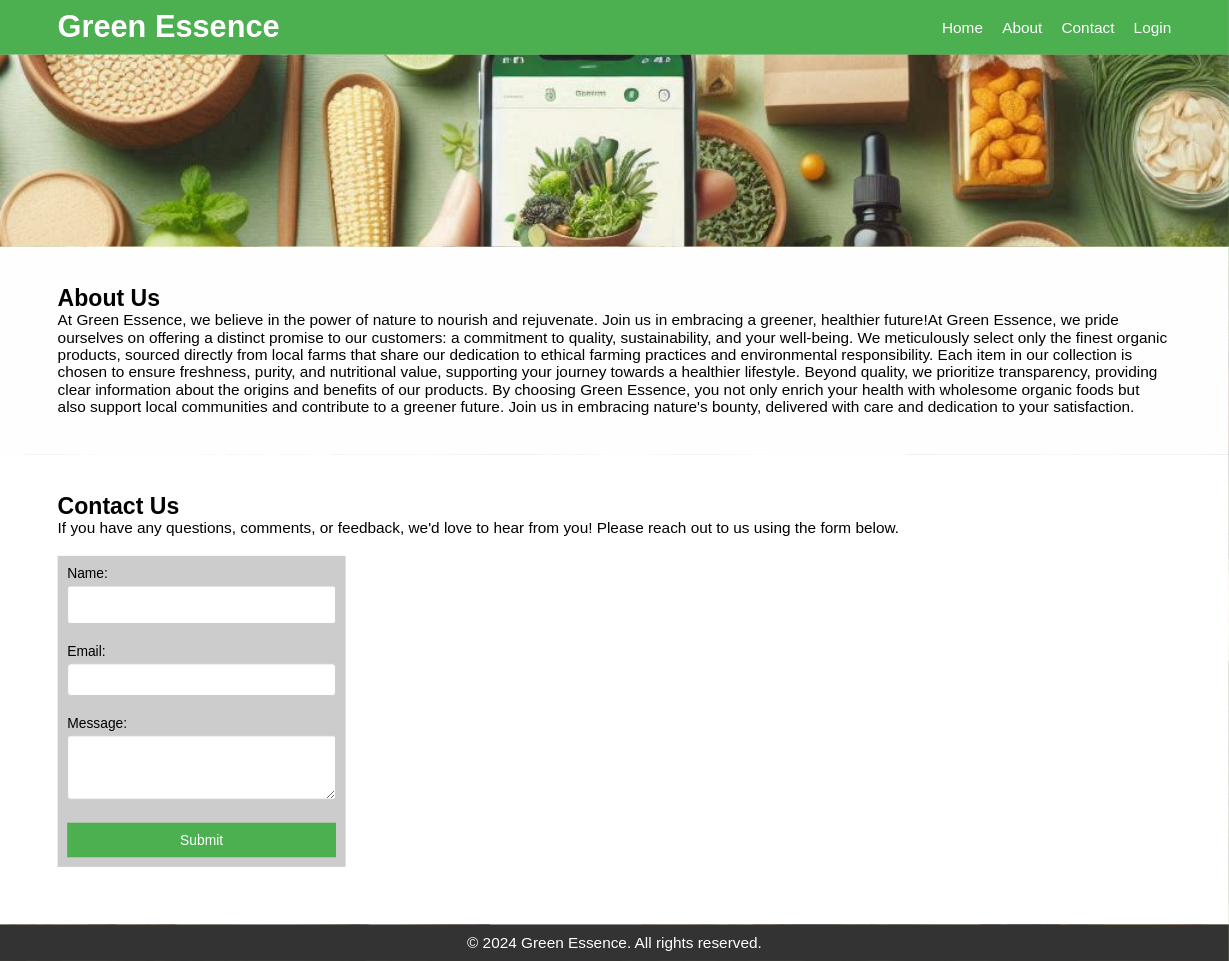
Repository: niki3210/Sahyadri
Page: Projectorganic/index.html
The author's editor kept a copy of each file at every save. The page is drawn from the files as they stood at one save, then again after the next save.
The browser window is 1280 px wide. The pictures show the whole page, at 96% of full size.
Backgrounds fixed to the window are drawn as part of the page.

Above is the page before, as saved 2024-06-21 18:49:24.

### Projectorganic/index.html
<!DOCTYPE html>
<html lang="en">
<head>
    <meta charset="UTF-8">
    <meta name="viewport" content="width=device-width, initial-scale=1.0">
    <title>Green Essence - Organic Food Products</title>
    <link rel="stylesheet" href="styles.css">

</head>
<body>
    <header>
        <div class="container">
            <h1>Green Essence</h1>
            <nav>
                <ul>
                    <li><a href="#home">Home</a></li>
                    <li><a href="#about">About</a></li>
                    <li><a href="#contact">Contact</a></li>
                    <li><a href="login.html">Login</a></li>

                </ul>
            </nav>
        </div>
    </header>

    <section id="home">
        <div class="container">




        </div>
    </section>

    <section id="about">
        <div class="container">
            <h2>About Us</h2>
            <p>At Green Essence, we believe in the power of nature to nourish and rejuvenate. Join us in embracing a greener, healthier
                future!At Green Essence, we pride ourselves on offering a distinct promise to our customers: a commitment to quality,
                sustainability, and your well-being. We meticulously select only the finest organic products, sourced directly from
                local farms that share our dedication to ethical farming practices and environmental responsibility. Each item in
                our collection is chosen to ensure freshness, purity, and nutritional value, supporting your journey towards a
                healthier lifestyle. Beyond quality, we prioritize transparency, providing clear information about the origins and
                benefits of our products. By choosing Green Essence, you not only enrich your health with wholesome organic foods
                but also support local communities and contribute to a greener future. Join us in embracing nature's bounty,
                delivered with care and dedication to your satisfaction.</p>
        </div>
    </section>

    <section id="contact">
        <div class="container">
            <h2>Contact Us</h2>
            <p>If you have any questions, comments, or feedback, we'd love to hear from you! Please reach out to us using the form below.</p>
            <div class="contact-form">
                <form action="/submit_contact" method="POST">
                    <label for="name">Name:</label>
                    <input type="text" id="name" name="name" required>
                    <div class="error" id="name-error"></div>

                    <label for="email">Email:</label>
                    <input type="email" id="contact-email" name="email" required>
                    <div class="error" id="contact-email-error"></div>

                    <label for="message">Message:</label>
                    <textarea id="message" name="message" rows="3" required></textarea>
                    <div class="error" id="message-error"></div>

                    <button type="submit">Submit</button>
                </form>
            </div>
        </div>
    </section>




<footer>
<div class="container">
    <p>&copy; 2024 Green Essence. All rights reserved.</p>
</div>


</body>
</html>

### Projectorganic/styles.css
/* Combined CSS for Home, Login, and Register Pages */

/* Reset default browser styles */
* {
    box-sizing: border-box;
    margin: 0;
    padding: 0;
}

/* Global styles */
body {
    font-family: Arial, sans-serif;
    color: black;
    margin: 0;
    padding: 0;
    box-sizing: border-box;
    min-height: 100vh; /* Ensure body extends to at least the full height of the viewport */
    display: flex;
    flex-direction: column; /* Use flexbox to make sure footer stays at the bottom */
}

/* Header styles */
header {
    background-color: #4CAF50;
    color: white;
    padding: 10px 0;
}

header .container {
    display: flex;
    justify-content: space-between;
    align-items: center;
    max-width: 1200px;
    margin: 0 auto;
    padding: 0 20px;
}

header h1 {
    margin: 0;
}

header nav ul {
    list-style: none;
    margin: 0;
    padding: 0;
    display: flex;
}

header nav ul li {
    margin-left: 20px;
}

header nav ul li a {
    color: white;
    text-decoration: none;
}

header nav ul li a:hover {
    text-decoration: underline;
}

/* Home Page Styles */
#home {
    background-image: url('backgroundhome.jpeg');
    background-size: cover;
    background-repeat: no-repeat;
    background-position: center;
    background-attachment: fixed;
    color: white;
    text-align: center;
    padding: 100px 20px;
}

section {
    padding: 60px 0;
}

.container {
    max-width: 1200px;
    margin: 0 auto;
    padding: 0 20px;
}

/* About Section */
#about {
    background-color: #fffefe;
    padding: 40px 0;
}

/* Contact Form Styles */
#contact {
    background-color: #ffffff;
    padding: 40px 0;
}
.contact-container {
    margin: 0 auto;
    padding: 15px;
    background-color: rgb(255, 255, 255);
    border-radius: 3px;
    box-shadow: 0 0 10px rgba(0, 0, 0, 0.1);
    flex: 1; /* Use flex: 1 to push footer to the bottom */
    margin-top: 30px;
    margin-bottom: 60px;
    padding: 10px;
}
form {
    max-width: 300px;
    margin: 20px 0 0 0;
    padding: 10px;
    margin-bottom: 20px;
    border-color: #4CAF50;
    background-color: #ccc;
    border-color: #0df537;

}
label {
    display: block;
    margin-bottom: 5px;
}

input[type="text"],
input[type="email"],
textarea {
    width: 100%;
    padding: 10px;
    margin-bottom: 10px;
    border: 1px solid #ccc;
    border-radius: 3px;
    font-size: 1em;
}

button[type="submit"] {
    background-color: #4CAF50;
    color: white;
    border: none;
    padding: 10px 20px;
    cursor: pointer;

}

button[type="submit"]:hover {
    background-color: #45a049;
}

/* Login/Register Styles */
.login-container,
.register-container {
    max-width: 320px;
    margin: 0 auto;
    padding: 15px;
    background-color: rgb(255, 255, 255);
    border-radius: 3px;
    box-shadow: 0 0 10px rgba(0, 0, 0, 0.1);
    flex: 1; /* Use flex: 1 to push footer to the bottom */
    margin-top: 30px;
    margin-bottom: 60px;
    padding: 20px;
}

body {
    font-family: Arial, sans-serif;
    background-image: url('backgroundhome.jpeg');
    background-size: cover;
    color: black;
}

.login-form, .register-form {
    padding: 15px;
    margin-bottom: 30px;
}

.login-form h2, .register-form h2 {
    text-align: center;
    margin-bottom: 15px;
    font-size: 1.5em;
}

label {
    display: block;
    margin-bottom: 5px;
    font-size: 0.9em;
}

input[type="email"],
input[type="password"] {
    width: 100%;
    padding: 8px;
    margin-bottom: 10px;
    border: 1px solid #ccc;
    border-radius: 4px;
    font-size: 0.9em;
}

.error {
    color: red;
    font-size: 0.8em;
    margin-bottom: 10px;
}

button {
    background-color: #4CAF50;
    color: white;
    border: none;
    padding: 8px 15px;
    cursor: pointer;
    transition: background-color 0.3s ease;
    width: 100%;
    font-size: 0.9em;
}

button:hover {
    background-color: #45a049;
}

/* Footer Styles */
footer {
    background-color: #333;
    color: white;
    text-align: center;
    padding: 10px 0;
    width: 100%;

}

footer a {
    color: white;
    margin: 0 10px;
    text-decoration: none;
}

footer a:hover {
    text-decoration: underline;
}

/* Pop-up Styles */
.popup {
    display: none;
    position: fixed;
    top: 20px; /* Position the pop-up near the top of the page */
    left: 50%;
    transform: translateX(-50%);
    background-color: white;
    box-shadow: 0 0 10px rgba(0, 0, 0, 0.1);
    border-radius: 8px;
    z-index: 1000;
    width: 90%; /* Make it full width with some margin */
    max-width: 320px;
    padding: 10px 20px;
}

.popup-content {
    text-align: center;
}

.popup .close {
    position: absolute;
    top: 10px;
    right: 10px;
    cursor: pointer;
    font-size: 1.5em;
}

/* Dashboard Styles */
/* Dashboard Styles */
.dashboard-main {
    flex: 1;
    padding: 20px;
}

.dashboard-section {
    background-color: #ffffff;
    padding: 20px;
    margin-bottom: 20px;
    box-shadow: 0 0 10px rgba(0, 0, 0, 0.1);
    border-radius: 8px;
    transition: transform 0.3s ease, box-shadow 0.3s ease;
}

.dashboard-section:hover {
    transform: translateY(-5px); /* Lift section on hover */
    box-shadow: 0 5px 15px rgba(0, 0, 0, 0.2); /* Add a subtle lift effect */
}

.dashboard-section h2 {
    margin-bottom: 10px;
    color: #4CAF50;
}

.sales-table {
    overflow-x: auto;
    animation: slideIn 0.5s ease; /* Slide in animation for the table */
}

.sales-table table {
    width: 100%;
    border-collapse: collapse;
}

.sales-table th, .sales-table td {
    border: 1px solid #6dfb07;
    padding: 12px; /* Increase padding for better readability */
    text-align: left;
}

.sales-table th {
    background-color: #d1f3d0d0;
    color: #4CAF50; /* Green theme color for table headers */
    text-transform: uppercase;
}

.sales-table tr:nth-child(even) {
    background-color: #f9f9f9;
}

.sales-table tr:hover {
    background-color: #f2f2f2;
}

After the next save:
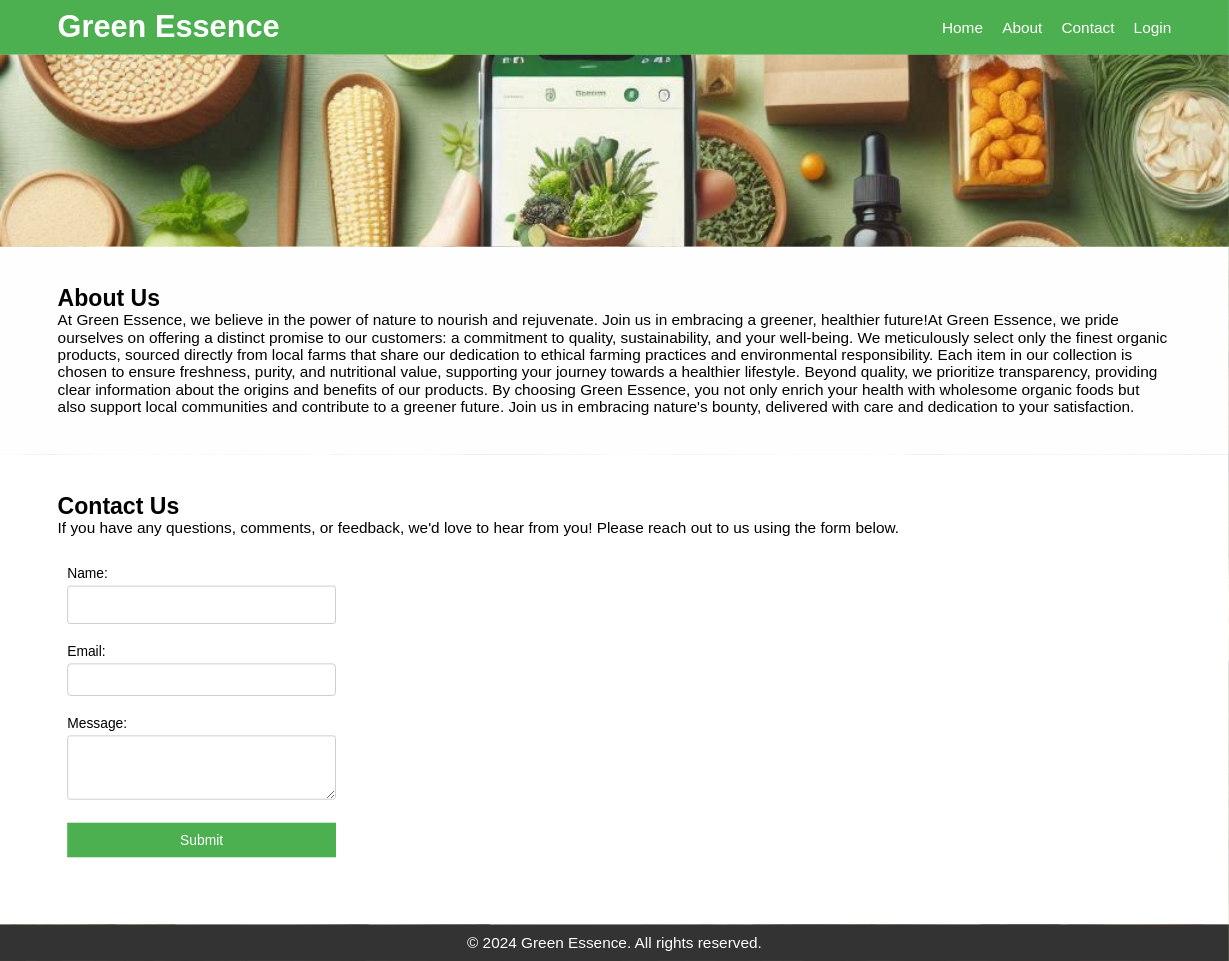
Saved 40 min 43 s later.
--- a/Projectorganic/styles.css
+++ b/Projectorganic/styles.css
@@ -109,7 +109,7 @@
     padding: 10px;
     margin-bottom: 20px;
     border-color: #4CAF50;
-    background-color: #ccc;
+    background-color: 4CAF50
     border-color: #0df537;
 
 }

After the save that followed:
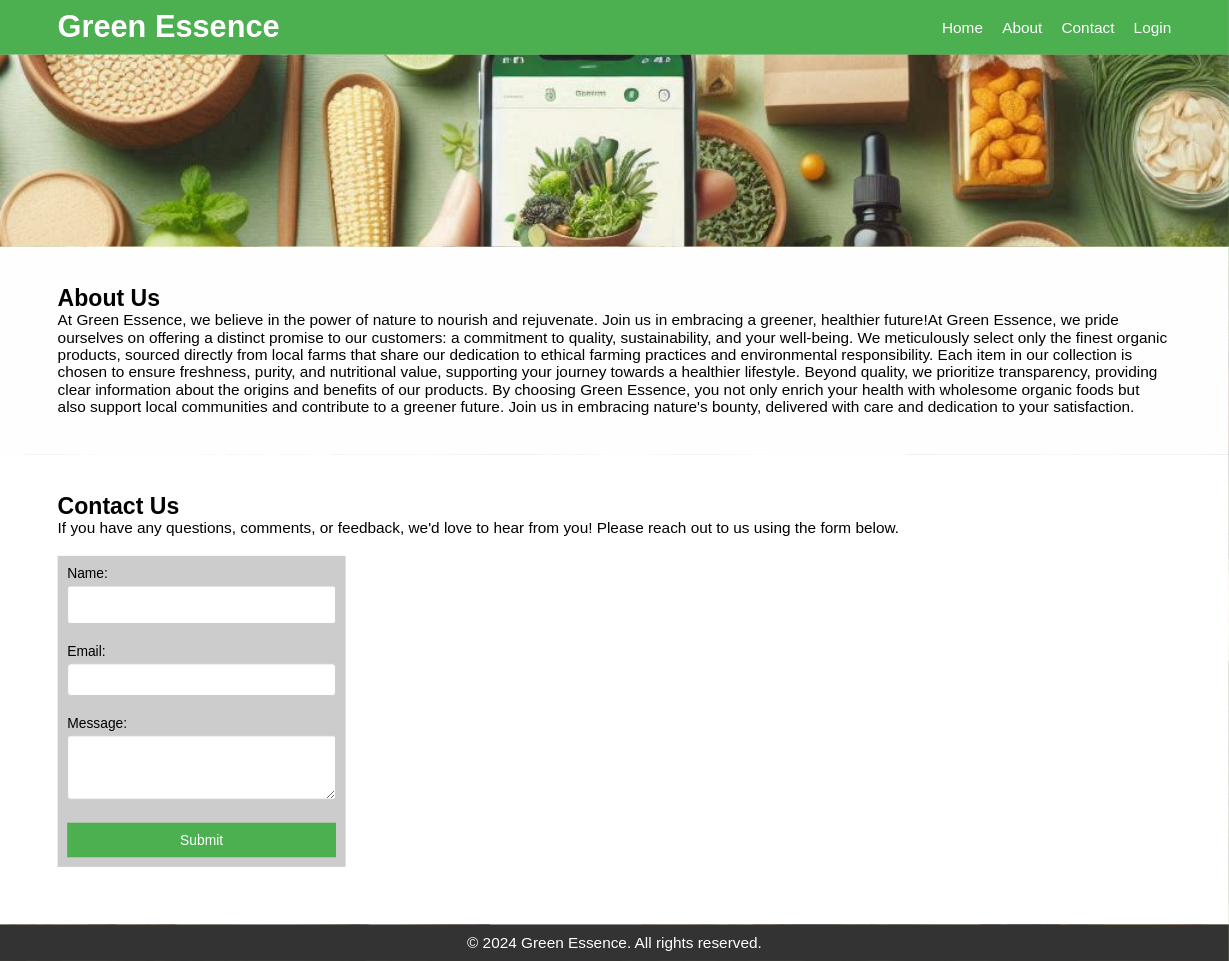
Saved 9 s later.
--- a/Projectorganic/styles.css
+++ b/Projectorganic/styles.css
@@ -94,6 +94,7 @@
 }
 .contact-container {
     margin: 0 auto;
+
     padding: 15px;
     background-color: rgb(255, 255, 255);
     border-radius: 3px;
@@ -109,7 +110,7 @@
     padding: 10px;
     margin-bottom: 20px;
     border-color: #4CAF50;
-    background-color: 4CAF50
+    background-color: #ccc;
     border-color: #0df537;
 
 }
